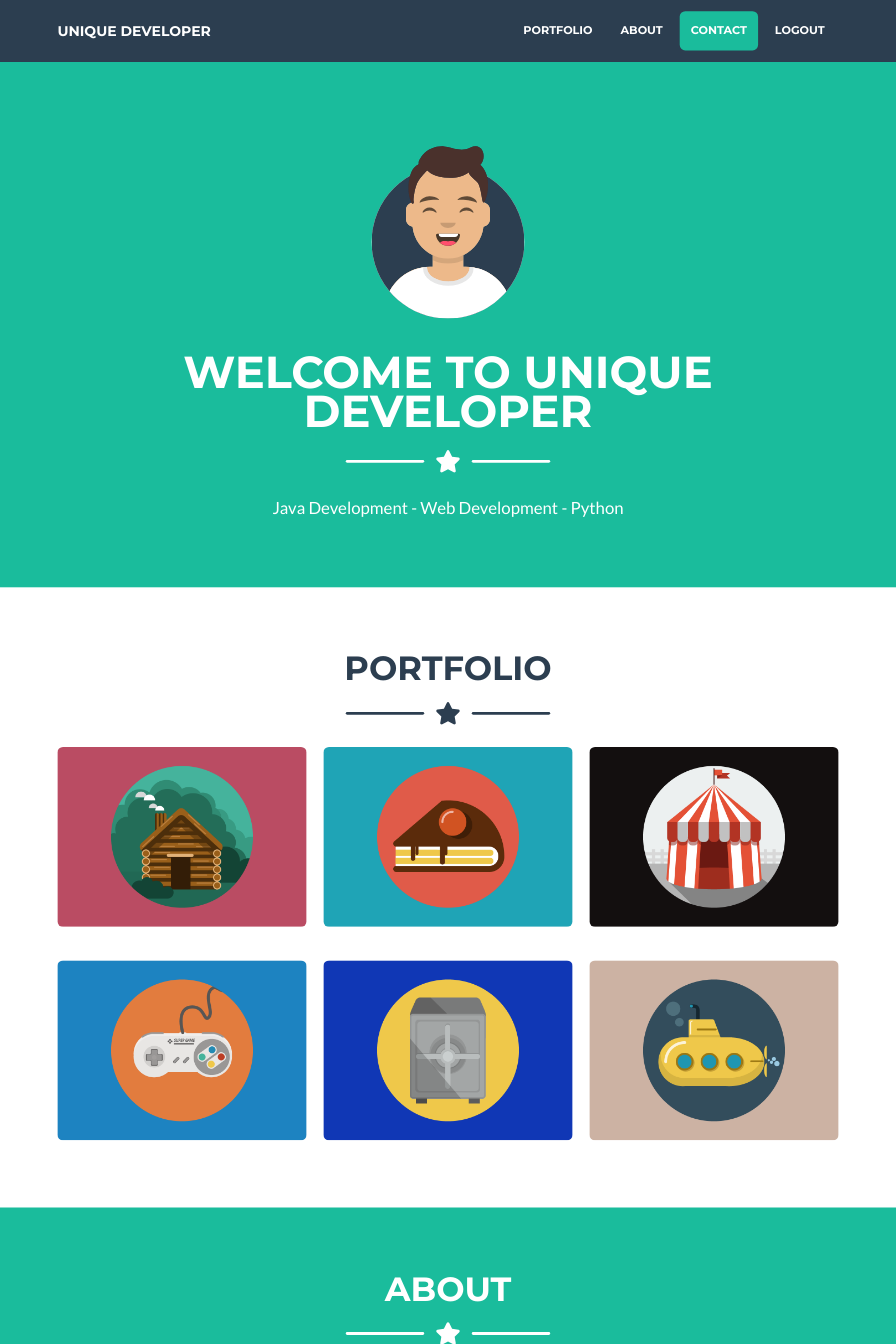
Repository: riddhesh-shah/Iss_Assingment_RiddheshShah
Page: http://localhost/signup/
The author's editor kept a copy of each file at every save. The page is drawn from the files as they stood at one save, then again after the next save.
The browser window is 1280 px wide. The pictures show the part of the page from y = 0 to 1920 px (the page is 3588 px tall), at 70% of full size.
The page is served by Tomcat 9. The session is filled in as if someone had signed in: {"name": "Test User"}.

Above is the page before, as saved 2023-01-04 15:47:27.

After the next save:
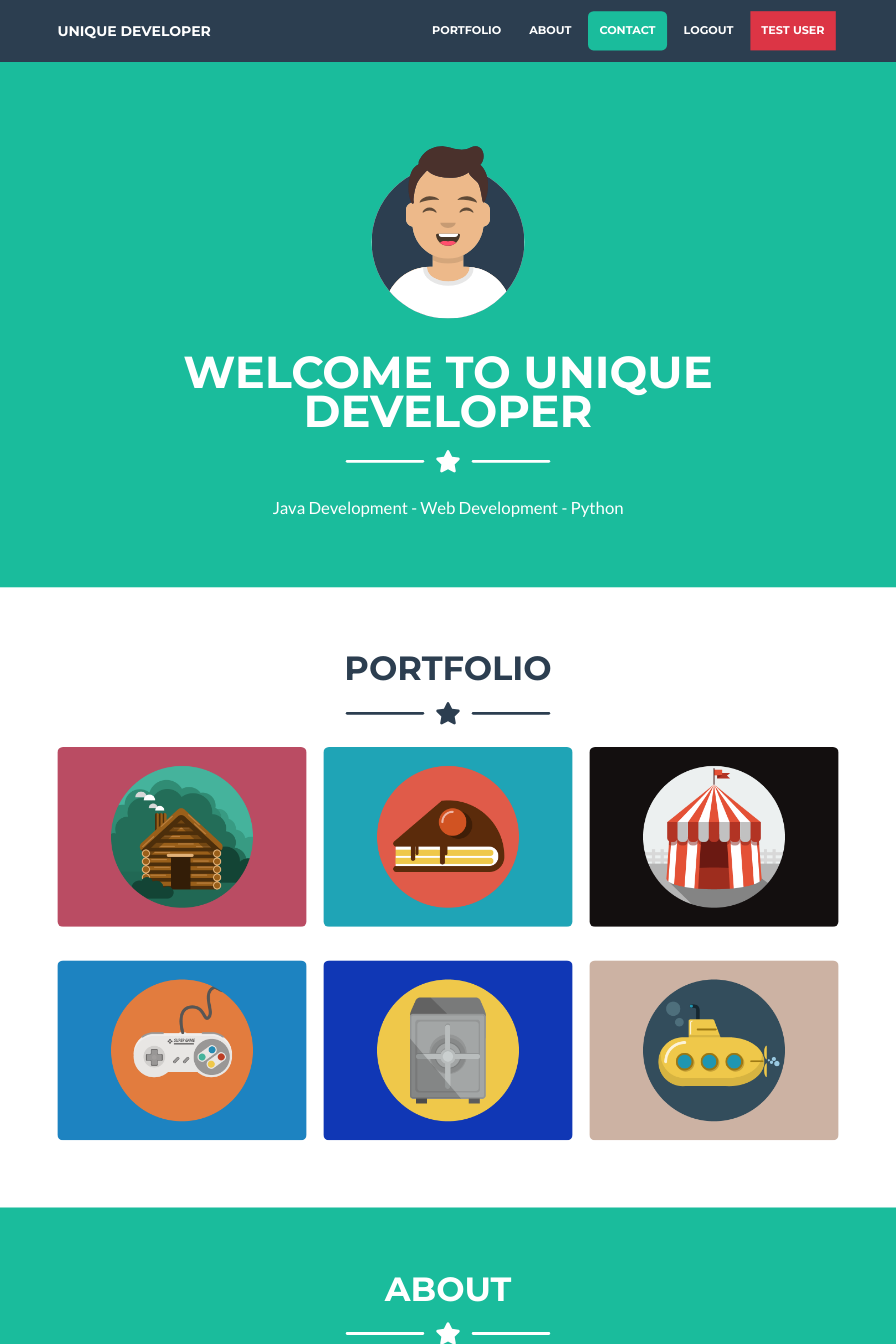
Saved 56 s later.
--- a/integrating-client-and-server/signup/src/main/webapp/index.jsp
+++ b/integrating-client-and-server/signup/src/main/webapp/index.jsp
@@ -53,7 +53,8 @@
 						class="nav-link py-3 px-0 px-lg-3 rounded" href="#contact">Contact</a></li>
 					<li class="nav-item mx-0 mx-lg-1"><a
 						class="nav-link py-3 px-0 px-lg-3 rounded" href="logout">Logout</a></li>
-
+					<li class="nav-item mx-0 mx-lg-1 bg-danger"><a
+						class="nav-link py-3 px-0 px-lg-3 rounded" href="logout"><%= session.getAttribute("name") %></a></li>
 				</ul>
 			</div>
 		</div>
